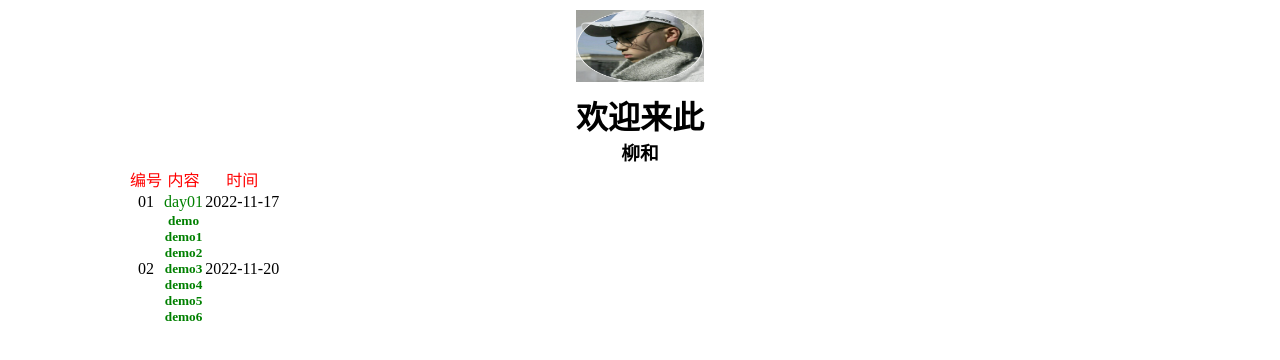
Repository: FengMo1314/JavaWeb
Page: http://localhost/JavaWeb_chen/
The author's editor kept a copy of each file at every save. The page is drawn from the files as they stood at one save, then again after the next save.
The browser window is 1280 px wide. The pictures show the whole page.
The page is served by Tomcat 10. Nobody is signed in. The application's start-up code is not run. Other server files are loaded and not shown.

Above is the page before, as saved 2022-11-20 08:36:25.

### JavaWeb&chen/src/main/webapp/index.jsp
<%@ page language="java" contentType="text/html; charset=UTF-8"
    pageEncoding="UTF-8"%>
<html>
<head>
<meta charset="UTF-8">
<link rel="Shortcut Icon" href="imgs/index/favicon.ico" type="image/x-icon" />
<link rel="stylesheet" href="css/index/index.css">
<title>Liu He's private service</title>
</head>
<body>
<%

%>
	<div class="box">
		<img alt="完了" src="imgs/index/index.png">
		<h1>欢迎来此</h1>
		<h3>柳和</h3>
		<form action="">
			<table>
			<tr align="center" style="color: red">
			<td>编号</td>
			<td>内容</td>
			<td>时间</td>
			</tr>
			<tr align="center">
			<td>01</td>
			<td><a href="day01">day01</a></td>
			<td>2022-11-17</td>
			</tr>
			<tr align="center">
			<td>02</td>
			<td>
			<h5>
			<a href="day02">demo</a>
			</h5>
			<h5>
			<a href="day02-1">demo1</a>
			</h5>
			<h5>
			<a href="html/demo.html">demo2</a>
			</h5>
			<h5>
			<a href="day02-3">demo3</a>
			</h5>
			<h5>
			<a href="day02-4">demo4</a>
			</h5>
			<h5>
			<a href="day02-5">demo5</a>
			</h5>
			<h5>
			<a href="day02-6">demo6</a>
			</h5>
			</td>
			<td>2022-11-20</td>
			</tr>
			<%--
			<tr align="center">
			<td>03</td>
			<td><a href="day03">day03</a></td>
			<td>2022-12-12</td>
			</tr>
			<tr align="center">
			<td>04</td>
			<td><a href="day04">day04</a></td>
			<td>2022-12-13</td>
			</tr>
			<tr align="center">
			<td>05</td>
			<td><a href="day05">day05</a></td>
			<td>2022-12-14</td>
			</tr>
			<tr align="center">
			<td>06</td>
			<td><a href="day06">day06</a></td>
			<td>2022-12-15</td>
			</tr>
			--%>
			</table>
		</form>
	</div>
</body>
</html>

### JavaWeb&chen/src/main/webapp/css/index/index.css
@charset "UTF-8";
*{
	margin: 0;
	padding: 0

}

.box{
	width: 100%;
	height: 100%;
}
img{
	width: 10%;
	height: 10%;
	margin: 10px 45% 10px 45%;
}
h1,h3{
	text-align: center;
}
table {
	padding: 0 10% 0 10%;
}
a {
	color:green;
	text-decoration: none;
}

After the next save:
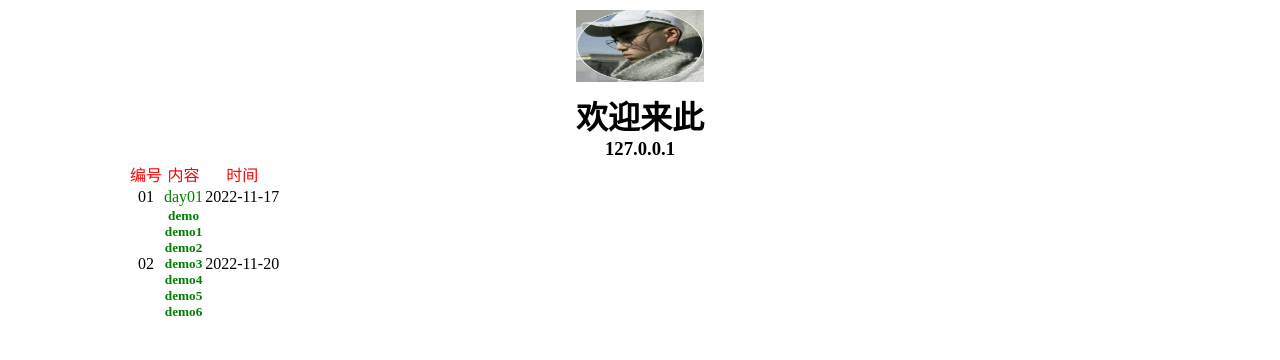
Saved 8 min 41 s later.
--- a/JavaWeb&chen/src/main/webapp/index.jsp
+++ b/JavaWeb&chen/src/main/webapp/index.jsp
@@ -9,12 +9,12 @@
 </head>
 <body>
 <%
-
+String ip=request.getRemoteAddr();
 %>
 	<div class="box">
 		<img alt="完了" src="imgs/index/index.png">
 		<h1>欢迎来此</h1>
-		<h3>柳和</h3>
+		<h3><%=ip %></h3>
 		<form action="">
 			<table>
 			<tr align="center" style="color: red">
